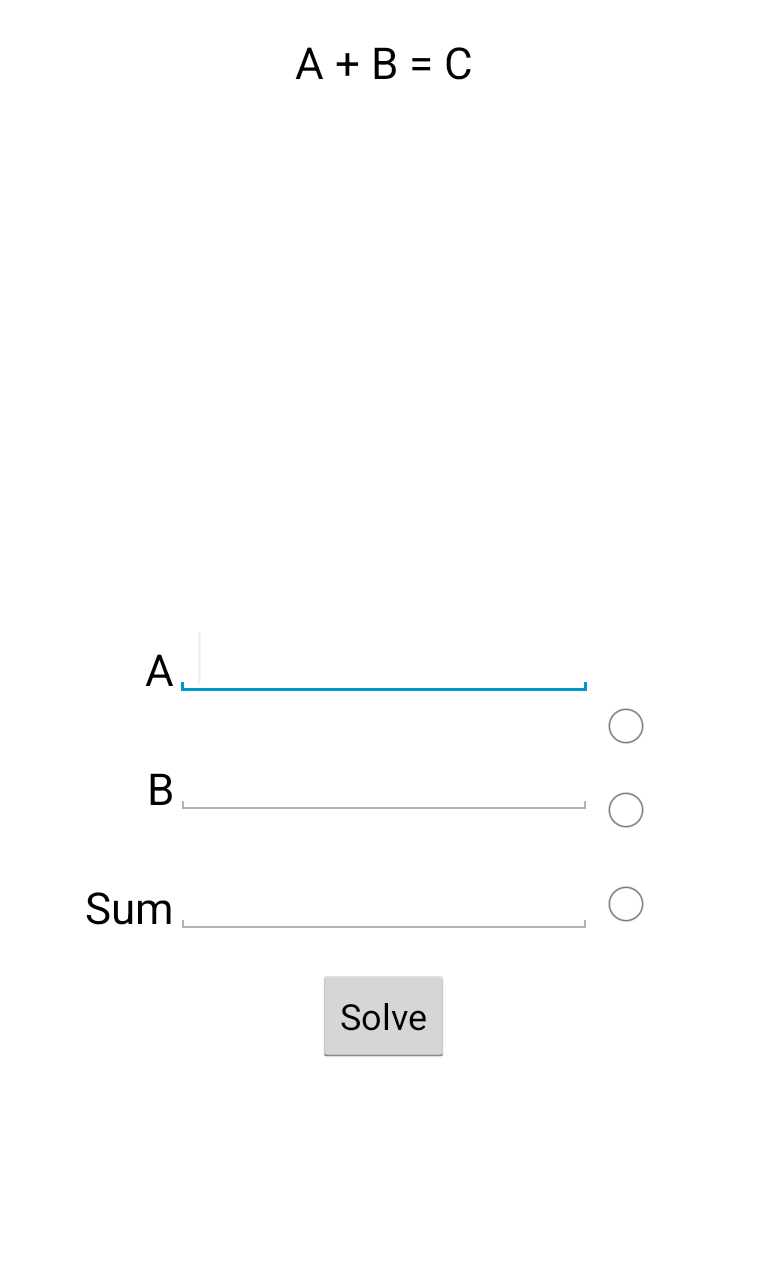
Repository: dtri123/Equation-Station
Layout: TheEquationStation/res/layout/addition_page.xml
An editor plug-in stored every save of this project. The layout is shown before and after the next save, followed by the edit.
It is drawn on a 768 x 1280 px phone screen (xhdpi) without system bars, with theme AppTheme; the app's code is not run.

Above is the layout before, as saved 2013-07-18 17:23:53.

After the next save:
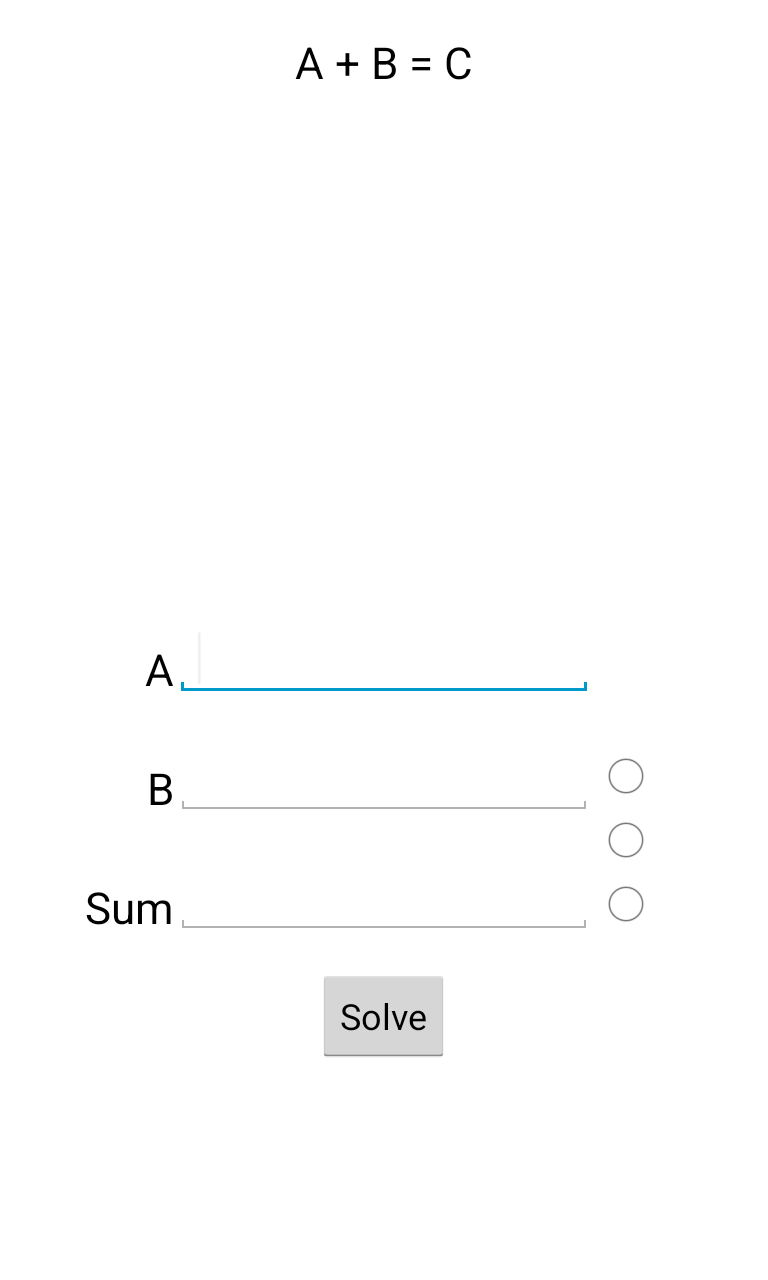
Saved 50 s later.
--- a/TheEquationStation/res/layout/addition_page.xml
+++ b/TheEquationStation/res/layout/addition_page.xml
@@ -44,13 +44,12 @@
 			android:id="@+id/radioButtonAddB"
 			android:layout_width="wrap_content"
 			android:layout_height="wrap_content"
-			android:layout_marginTop="10dp" />
+			android:layout_alignBottom="@+id/editText_AddA" />
 
 		<RadioButton
 			android:id="@+id/radioButtonSum"
 			android:layout_width="wrap_content"
-			android:layout_height="wrap_content"
-			android:layout_marginTop="15dp"/>
+			android:layout_height="wrap_content"/>
 	</RadioGroup>
 
     <EditText
